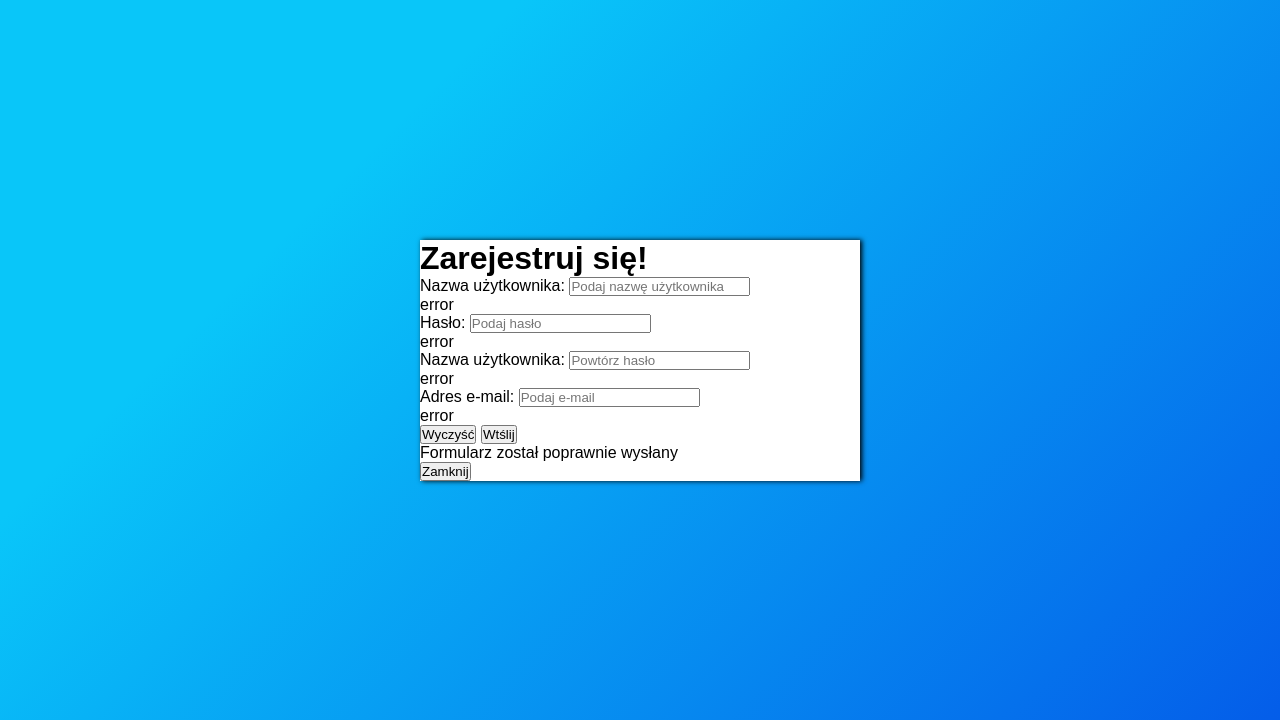
Repository: KrzysKolo/Projekt-3_Formularz-rejestracyjny
Page: index.html
These files come from the project's save history. The page is drawn as it stood at one moment and after the next save; the edit follows.
The browser window is 1280 px wide. The pictures show the whole page.
Some web fonts or font styles are not loaded; a fallback is used.

Above is the page before, as saved 2020-07-04 02:00:13.

After the next save:
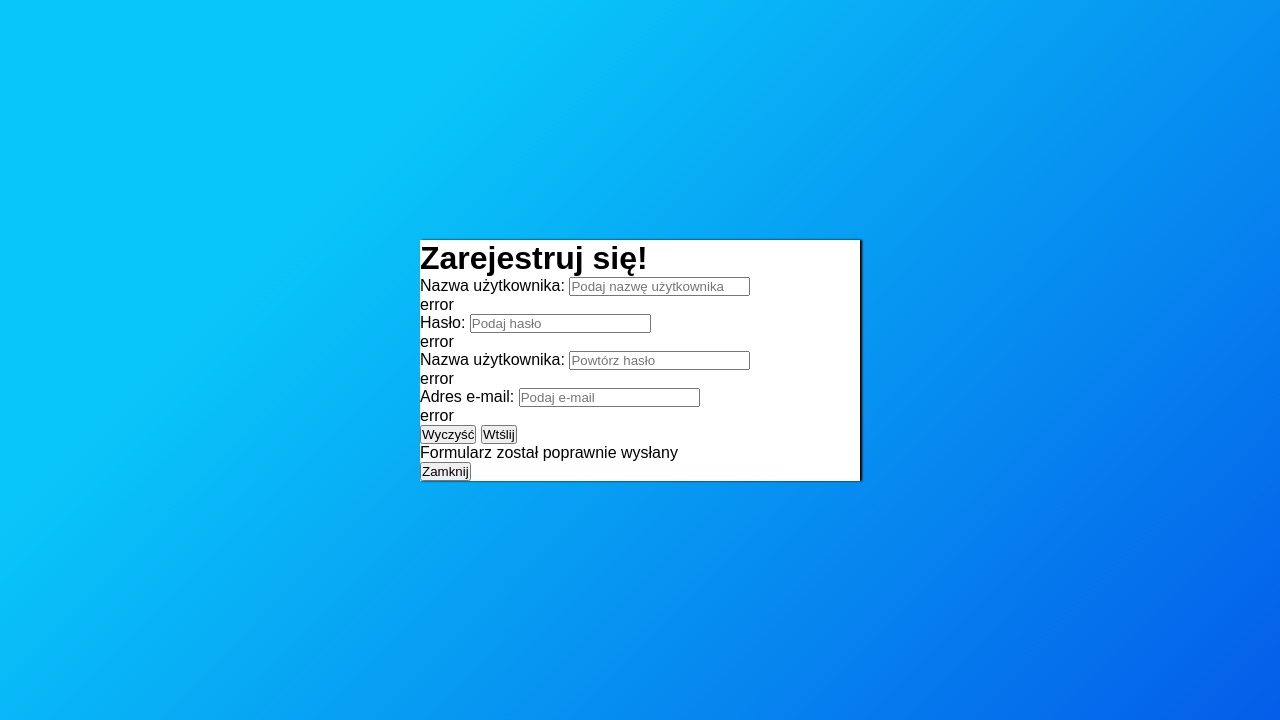
Saved 28 s later.
--- a/css/style.css
+++ b/css/style.css
@@ -14,5 +14,5 @@ body {
 .wrapper {
   width: 440px;
   background-color: #fff;
-  box-shadow: 2px 0 5px #000;
+  box-shadow: 2px 0 2px #000;
 }
